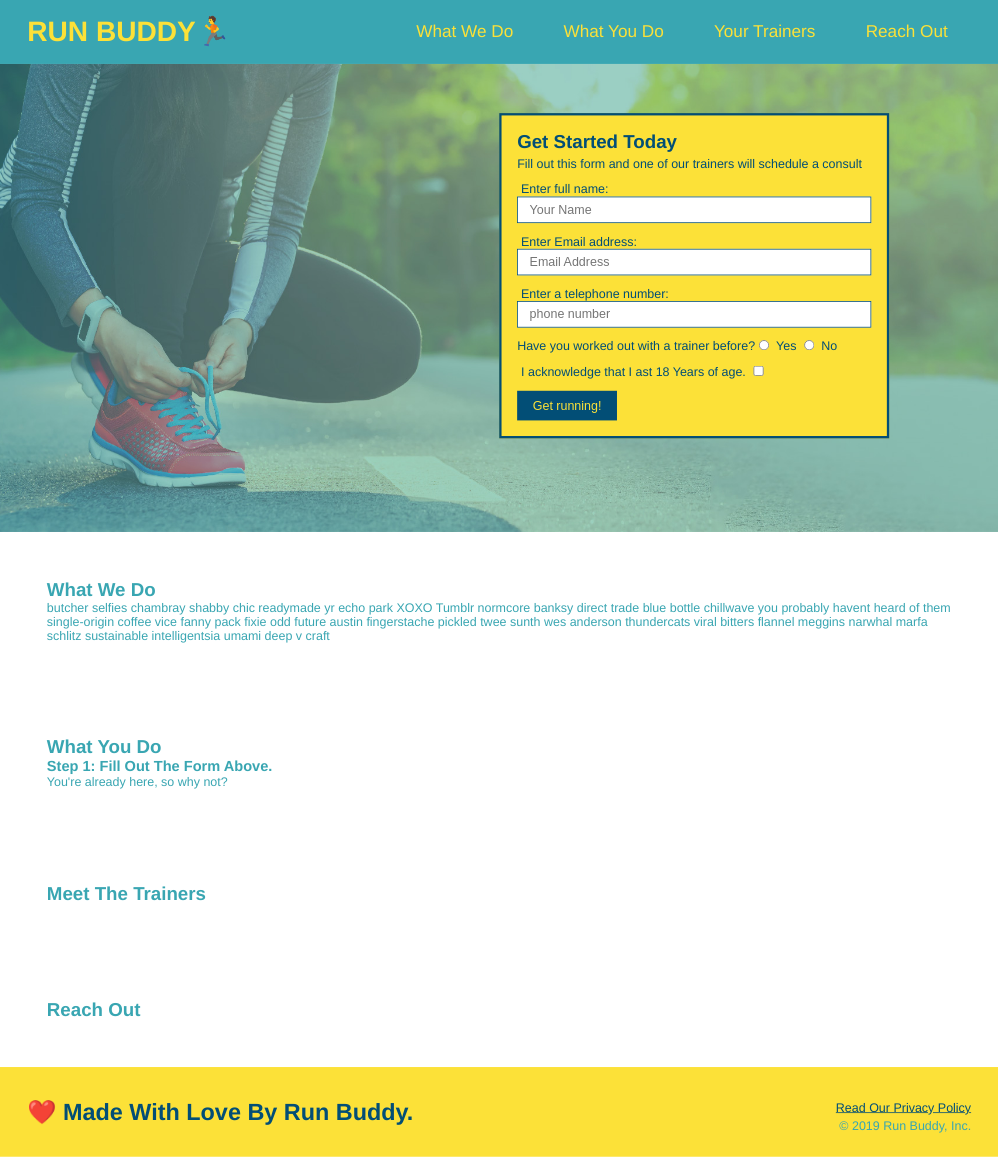
Repository: pilar122/run-buddy
Page: index.html
These files come from the project's save history. The page is drawn as it stood at one moment and after a run of saves; the edit follows.
The browser window is 1280 px wide. The pictures show the whole page, at 78% of full size.

Above is the page before, as saved 2023-01-22 07:48:39.

After the next 2 saves:
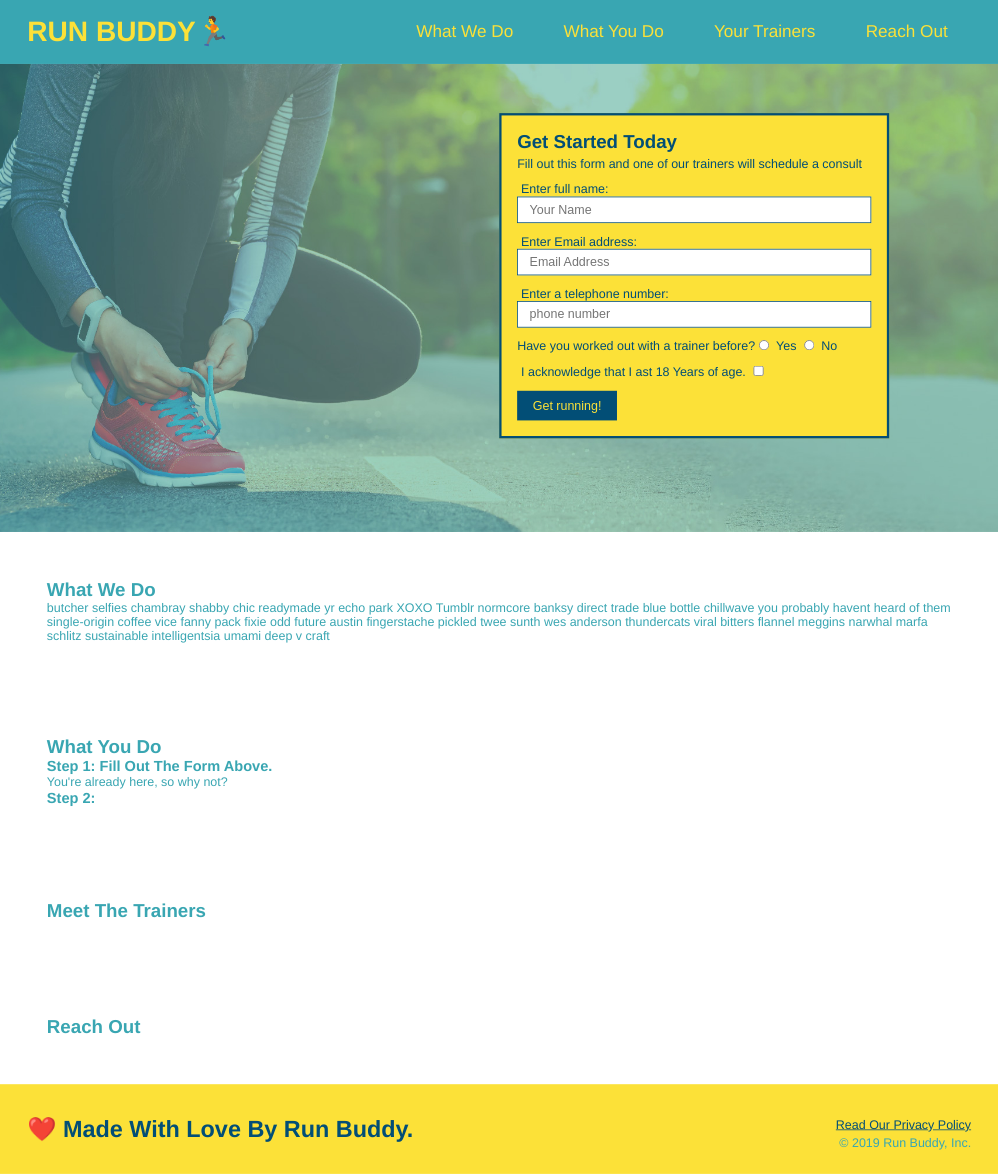
The 2 saves are shown as one change because they came seconds apart.
The last was saved 5 s later.
--- a/index.html
+++ b/index.html
@@ -86,7 +86,7 @@
             </div>
 
             <div>
-                <h3></h3>
+                <h3>Step 2: </h3>
             </div>
         </section>
 
